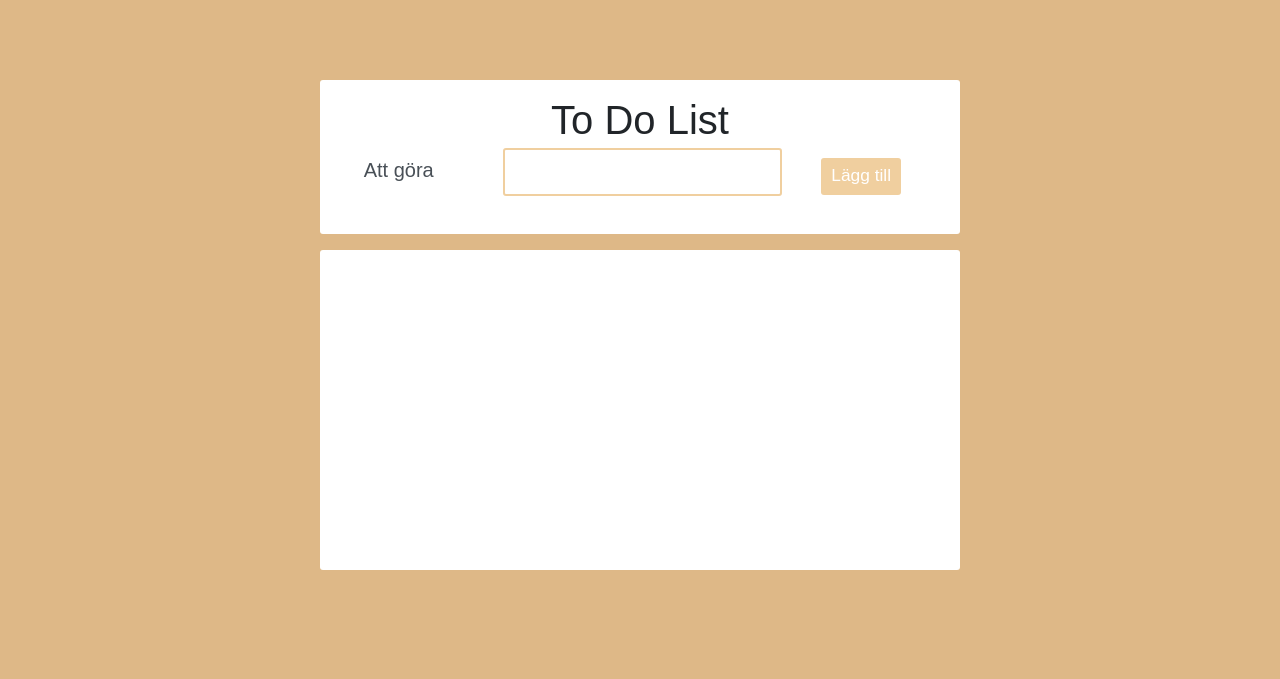
Repository: skepp4rn/todolist
Page: index.html
An editor plug-in stored every save of this project. The page is shown before and after a run of saves, followed by the edit.
The browser window is 1280 px wide. The pictures show the whole page.
The page's requests for data from a server got no answer. Some web libraries are served in a nearby version.

Above is the page before, as saved 2021-01-29 08:55:24.

### index.html
<!DOCTYPE html>
<html lang="sv">
<head>
    <meta charset="UTF-8">
    <meta name="viewport" content="width=device-width, initial-scale=1.0">
    <script src="https://kit.fontawesome.com/ef4c0722a8.js" crossorigin="anonymous"></script>
    <link rel="stylesheet" href="https://cdn.jsdelivr.net/npm/bootstrap@4.5.3/dist/css/bootstrap.min.css" integrity="sha384-TX8t27EcRE3e/ihU7zmQxVncDAy5uIKz4rEkgIXeMed4M0jlfIDPvg6uqKI2xXr2" crossorigin="anonymous">
    <link rel="stylesheet" href="css/style.css">

    <title>To Do List</title>
</head>
<body>
    <div class="container">
        <div id="header">
            <h1>To Do List</h1>
        </div>

        <form class="form" id="form">
            <div class="form-control">
                <label>Att göra</label>
                <input type="text" id="addToDo">
                <i class="fas fa-exclamation-circle"></i>
                <small>Error message</small>
            </div>

            <button id="btn">Lägg till</button>
        </form>
    </div>

    <div class="container2">
        <div id="list"></div>
    </div>

    <script src="https://code.jquery.com/jquery-3.5.1.slim.min.js" integrity="sha384-DfXdz2htPH0lsSSs5nCTpuj/zy4C+OGpamoFVy38MVBnE+IbbVYUew+OrCXaRkfj" crossorigin="anonymous"></script>
    <script src="https://cdn.jsdelivr.net/npm/bootstrap@4.5.3/dist/js/bootstrap.bundle.min.js" integrity="sha384-ho+j7jyWK8fNQe+A12Hb8AhRq26LrZ/JpcUGGOn+Y7RsweNrtN/tE3MoK7ZeZDyx" crossorigin="anonymous"></script>
    <script src="https://cdnjs.cloudflare.com/ajax/libs/uuid/8.1.0/uuidv4.min.js"></script>
    <script src="script.js"></script>
</body>

### css/style.css
*{
    box-sizing: border-box;
    margin: 0;
    padding: 0;
}

body {
    background-color: burlywood;
    font-family: Arial, Helvetica, sans-serif;
    display: grid;
    justify-content: center;
}

.container {
    width: 50vw;
    display: grid;
    justify-content: center;
    background-color: #ffffff;
    border-radius: 3px;
    margin-top: 5rem;
    padding-bottom: 2   rem;
    height: 12vw;
}

.container2 {
    width: 100%;
    display: grid;
    justify-content: center;
    background-color: #ffffff;
    border-radius: 3px;
    margin-top: 1rem;
    padding-bottom: 5rem;
    height: 25vw;
    overflow-y: auto;
}

#header {
    margin-top: 1rem;
    text-align: center;
}

#btn {
    border: none;
    border-radius: 3px;
    padding: 0.2rem;
    background-color: #f0cf9f;
    color: #ffffff;
    font-size: 13pt;
    width: 5rem;
    height: 2.3rem;
    align-self: center;
    margin-bottom: 200px;

}

.todobox {
    padding-top: 2rem;
    padding-bottom: 1rem;
    width: 32vw;
    display: grid;
    grid-template-columns: 5fr 1fr;
}

.knappar {
    display: grid;
    gap: 1rem;
}

.todoinput {
    display: flex;
    align-items: center;
}

.fa-trash {
    padding: 0.5rem;
    border: none;
    border-radius: 3px;
    color: #ffffff;
    background-color: #f0cf9f;
    width: 5rem;
}

.fa-undo {
    padding: 0.5rem;
    border: none;
    border-radius: 3px;
    color: #ffffff;
    background-color: #f0cf9f;
    width: 5rem;
}

.done {
    border: none;
    border-radius: 3px;
    padding: 0.2rem;
    background-color: #f0cf9f;
    color: #ffffff;
    font-size: 14pt;
    width: 4rem;
    height: 2.2rem;
}

.form-control {
    border: none;
    position: relative;
    height: 2rem;
    width: 100%;
    display: grid;
    grid-template-columns: 1fr 2fr;
    align-content: center;
}

.form label {
    display: flex;
    align-items: center;
    font-size: 15pt;
}


.form {
    display: grid;
    grid-template-columns: 3.3fr 1fr;
    justify-items: center;
    height: 70px;
}

.form-control input {
    border: 2px solid #f0cf9f;
    border-radius:3px;
    display: block;
    width: 100%;
    margin-bottom: 0.2rem;
    padding: 1rem;
    font-size: 14pt;
    height: 3rem;
}



.form-control.error input {
    border-color: #e74c3c;
}

.form-control i {
    visibility: hidden;
    position: absolute;
    top: 2.4rem;
    right: 1.5rem;
}


.form-control.error i.fa-exclamation-circle {
    visibility: visible;
    color: #e74c3c;
    top: 2.8rem;
    right: 0.8rem;
}

.form-control small {
    visibility: hidden;
    position: absolute;
    bottom: 1rem;
    left: 9vw;
    top: 2.64rem;
}

.form-control.error small {
    visibility: visible;
    color: #e74c3c;
}

### script.js
let ToDo = [];
let addToDos = document.getElementById('addToDo');
let form = document.getElementById('form');
let check = false;
let btn = document.getElementById('btn');
let list = document.querySelector('#list');
const fetchTodos = () => {
    fetch('https://jsonplaceholder.typicode.com/todos?_start20=&_limit=10')
    .then(res => res.json())
    .then(data => {
      ToDo = data;
      listelement(ToDo);
    })
}
fetchTodos();

const listelement = (ToDo) => {
    list.innerHTML = '';
    ToDo.forEach(todo => {
        list.innerHTML += newTodo(todo);
    })
    console.log(ToDo);
}
const newTodo = todo => {

    let template = todo.completed ? `
    <div id="${todo.id}" class="todoinput completed">
        <div class="todobox">
          <h3 class="title">${todo.title}</h3>
            <div class="knappar">
                <button class="fas fa-undo"></button>
                <button class="fas fa-trash"></button>
            </div>
        </div>
    </div>
    `
    : `
    <div id="${todo.id}" class="todoinput">
        <div class="todobox">
            <h3 class="title">${todo.title}</h3>
            <button class="done">Done</button>
        </div>
    </div>
    `
    return template
  }
  const createTodo = (title) => {

    fetch('https://jsonplaceholder.typicode.com/todos',{
      method: 'POST',
      headers: {
        'Content-type': 'application/json; charset=UTF-8'
      },
      body: JSON.stringify({
        title,
        completed: false
      })
    })
    .then(res => res.json())
    .then(data => {
        let _todo = {
            title: data.title,
            completed: data.completed,
            id: uuidv4()
        }
      console.log(data)
      ToDo.unshift(_todo);
      listelement(ToDo);
    })
}
form.addEventListener('submit', (e) => {
    e.preventDefault();

    checkInputs();

    if(check == true) {
        removeinput(addToDos);

        createTodo(addToDos.value)
        listelement(ToDo);

        addToDos.value = '';
    }
});
function checkInputs() {
    let addToDosValue = addToDos.value.trim();

    if(addToDosValue === ``) {
    setErrorFor(addToDos, `Ojdå, du måste skriva något först!`);

    } else {
        setSuccessFor(addToDos);
    }
}
function setErrorFor(input, message) {
    let formControl = input.parentElement;
    let small = formControl.querySelector('small');
    small.innerText = message;
    formControl.className = 'form-control error';
    check = false;
}
function setSuccessFor(input) {
    let formControl = input.parentElement;
    formControl.className = 'form-control success';
    check = true;
}
function removeinput(input) {
    let formControl = input.parentElement;
    formControl.className = 'form-control';
}
list.addEventListener('click', (e) => {
    if(e.target.classList.contains('done')) {
        complete(e.target.parentNode.parentNode.id)
    }
    else if(e.target.classList.contains('fa-undo')) {
        complete(e.target.parentNode.parentNode.parentNode.id)
    }
})
function complete(id) {
    ToDo.map(todo => {
        if(todo.id == id){
            todo.completed = !todo.completed
        }
        return todo
    })
    listelement(ToDo)
}
list.addEventListener('click', (e) => {

    if(e.target.classList.contains('fa-trash')) {
        ToDo = ToDo.filter(removetodo => removetodo.id != e.target.parentNode.parentNode.parentNode.id)
        listelement(ToDo)
    }
});

After the next 2 saves:
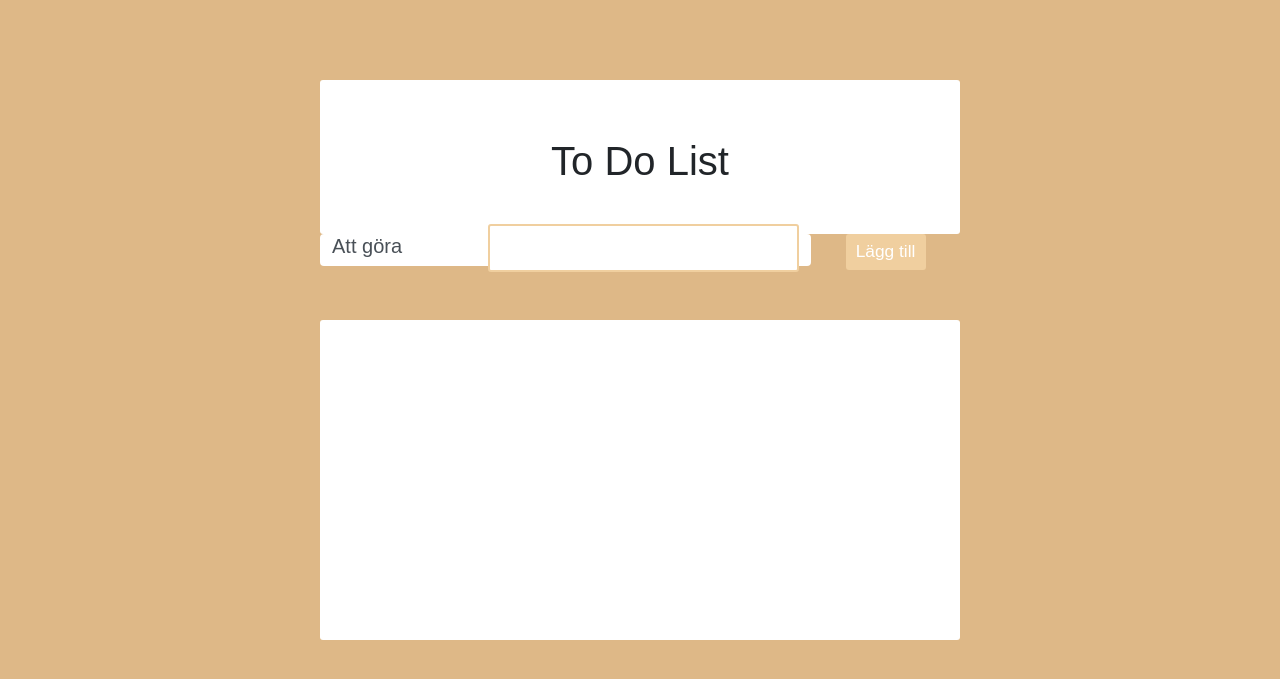
The 2 saves are shown as one change because they came seconds apart.
The last was saved 3 min 53 s later.
--- a/index.html
+++ b/index.html
@@ -11,7 +11,7 @@
 </head>
 <body>
     <div class="container">
-        <div id="header">
+        <div id="header"></div>
             <h1>To Do List</h1>
         </div>
 

After the save that followed:
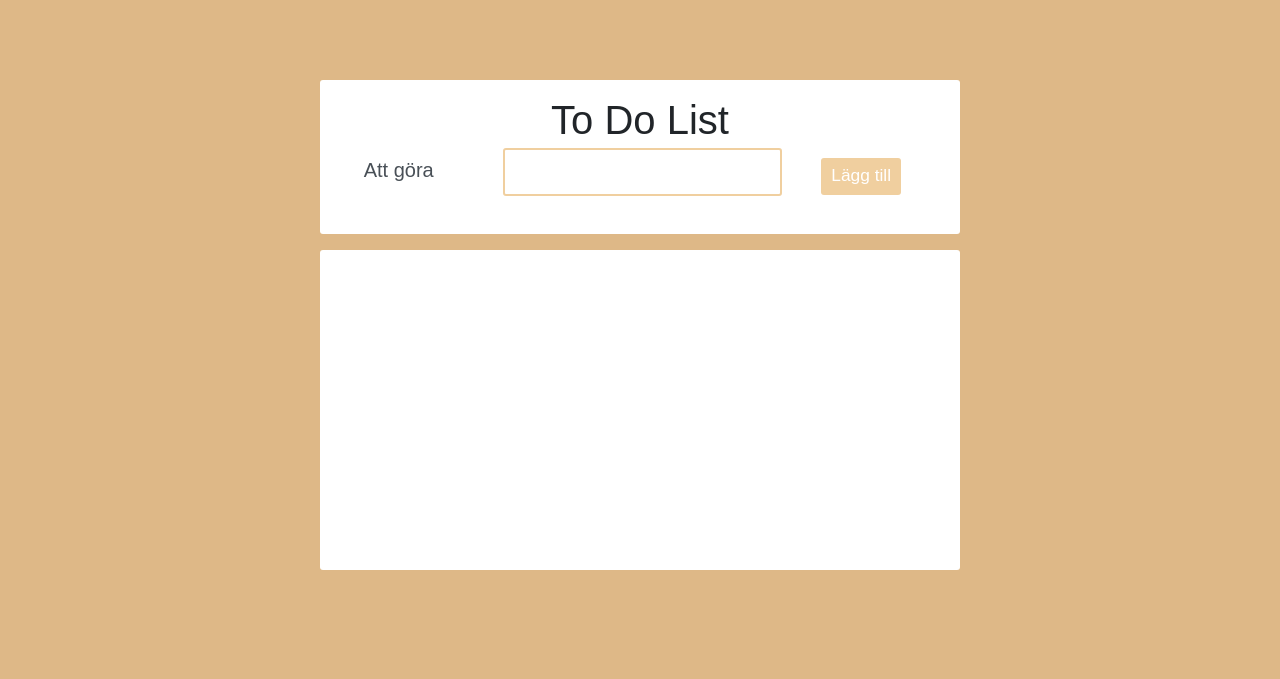
Saved 5 s later.
--- a/index.html
+++ b/index.html
@@ -11,7 +11,7 @@
 </head>
 <body>
     <div class="container">
-        <div id="header"></div>
+        <div id="header">
             <h1>To Do List</h1>
         </div>
 
